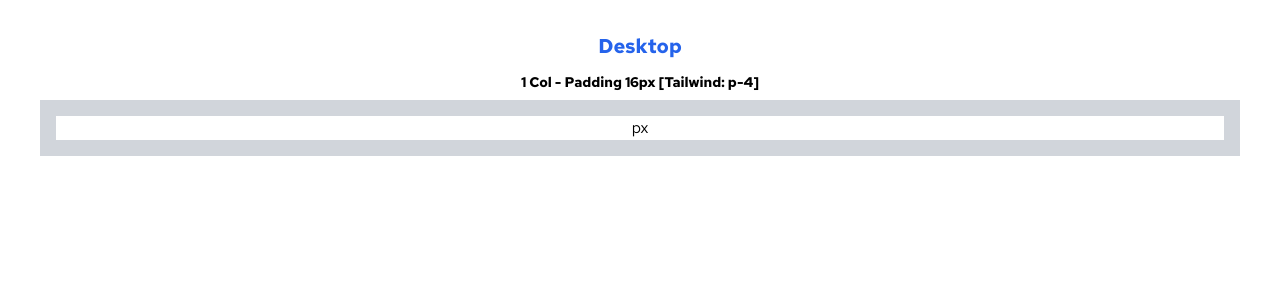
Repository: fabianwurk/vue-tailwind
Page: /
An editor plug-in stored every save of this project. The page is shown before and after the next save, followed by the edit.
The browser window is 1280 px wide. The pictures show the whole page.
The project was rebuilt for these pictures with package versions that can differ from the ones it lists, and the page was loaded fresh each time. Also part of the build but not shown: vite.config.js.

Above is the page before, as saved 2021-03-17 00:20:35.
Console error: TypeError: this.innerWidth is not a function

### index.html
<!DOCTYPE html>
<html lang="en">
  <head>
    <link rel="preconnect" href="https://fonts.gstatic.com">
<link href="https://fonts.googleapis.com/css2?family=Red+Hat+Text:wght@400;700&display=swap" rel="stylesheet">
    <meta charset="UTF-8" />
    <link rel="icon" href="/favicon.ico" />
    <meta name="viewport" content="width=device-width, initial-scale=1.0" />
    <title>Vite App</title>
  </head>
  <body>
    <div id="app"></div>
    <script type="module" src="/src/main.js"></script>
  </body>
</html>

### src/App.vue
<template>
  <Large />
  <!--<Medium />-->
</template>

<script setup>
import Large from './components/Large.vue';
// import Medium from './components/Medium.vue';

</script>

### src/index.css
/* ./src/index.css */
@tailwind base;

body {
  font-family: 'Red Hat Text', sans-serif;
}
@tailwind components;
@tailwind utilities;

### src/components/Large.vue
<template>
  <div>

    <div class="container mx-auto">
      <h2 class="text-sm font-bold mb-2 mt-8 text-center">
        <span class="block md:hidden lg:hidden text-center text-blue-600 text-xl">Mobile</span>
        <span class="hidden md:block lg:hidden text-center text-blue-600 text-xl">Tablet</span>
        <span class="hidden md:hidden lg:block text-center text-blue-600 text-xl my-3">Desktop</span>
        1 Col - Padding 16px [Tailwind: p-4]
      </h2>
      <div class="flex items-center">
        <div class="w-full bg-gray-300 mb-4 mt-0 py-4 px-4 text-center">
          <span class="bg-white w-full block" ref="boxWidth">{{width}}px</span>
        </div>
      </div>
    </div>

  </div>
</template>

<script>
export default {
  data() {
    return {
      width: null,
    };
  },
  mounted() {
  	this.innerWidth()
  },
  created() {
  window.addEventListener("resize", this.resizeWidthEvent);
  },
  destroyed() {
    window.removeEventListener("resize", this.resizeWidthEvent);
  },
  methods: {
    resizeWidthEvent(e) {
      this.width = this.$refs.boxWidth.clientWidth;
    }
  }
}
</script>

### tailwind.config.js
module.exports = {
  purge: ['./index.html', './src/**/*.{vue,js,ts,jsx,tsx}'],
  darkMode: false, // or 'media' or 'class'
  theme: {
    extend: {
      container: {
        'md': {'max': '768px'},
      },
      screens: {
        'xl': {'min': '1200px', 'max': '1280px'},
        '2xl': {'max': '1280px'},
      },
    },
  },
  variants: {
    extend: {},
  },
  plugins: [],
}

Loaded but not shown: src/main.js (common file)

After the next save:
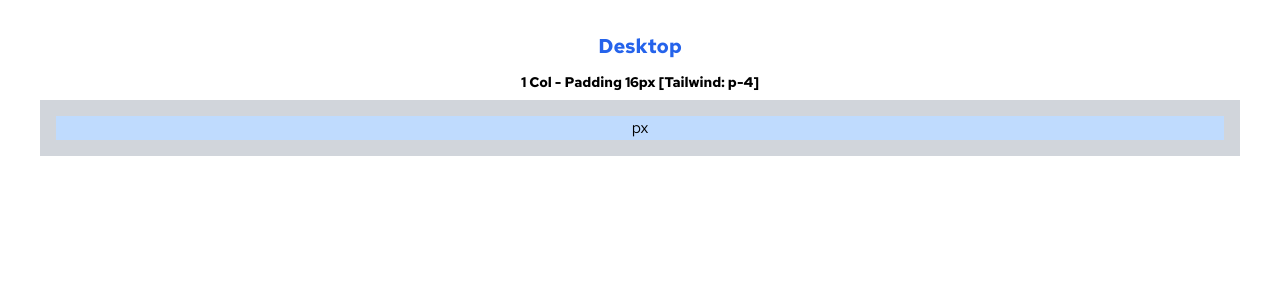
Saved 50 s later.
--- a/src/components/Large.vue
+++ b/src/components/Large.vue
@@ -10,7 +10,7 @@
       </h2>
       <div class="flex items-center">
         <div class="w-full bg-gray-300 mb-4 mt-0 py-4 px-4 text-center">
-          <span class="bg-white w-full block" ref="boxWidth">{{width}}px</span>
+          <span class="bg-blue-200 w-full block" ref="boxWidth">{{width}}px</span>
         </div>
       </div>
     </div>

After the save that followed:
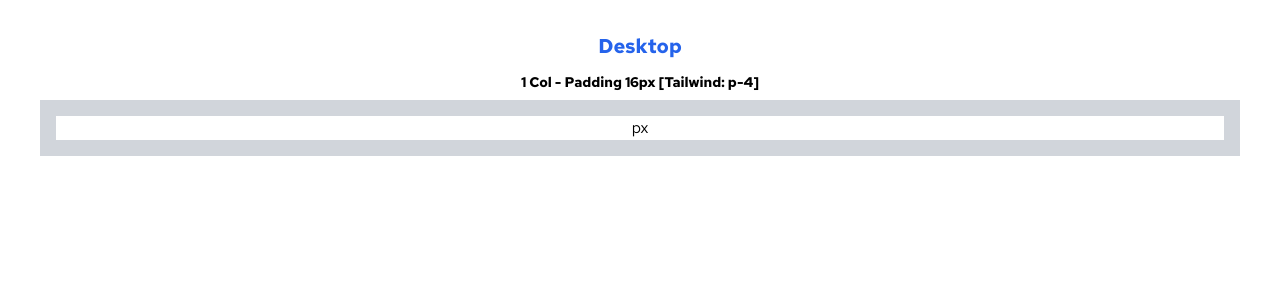
Saved 5 s later.
--- a/src/components/Large.vue
+++ b/src/components/Large.vue
@@ -10,7 +10,7 @@
       </h2>
       <div class="flex items-center">
         <div class="w-full bg-gray-300 mb-4 mt-0 py-4 px-4 text-center">
-          <span class="bg-blue-200 w-full block" ref="boxWidth">{{width}}px</span>
+          <span class="bg-white w-full block" ref="boxWidth">{{width}}px</span>
         </div>
       </div>
     </div>
